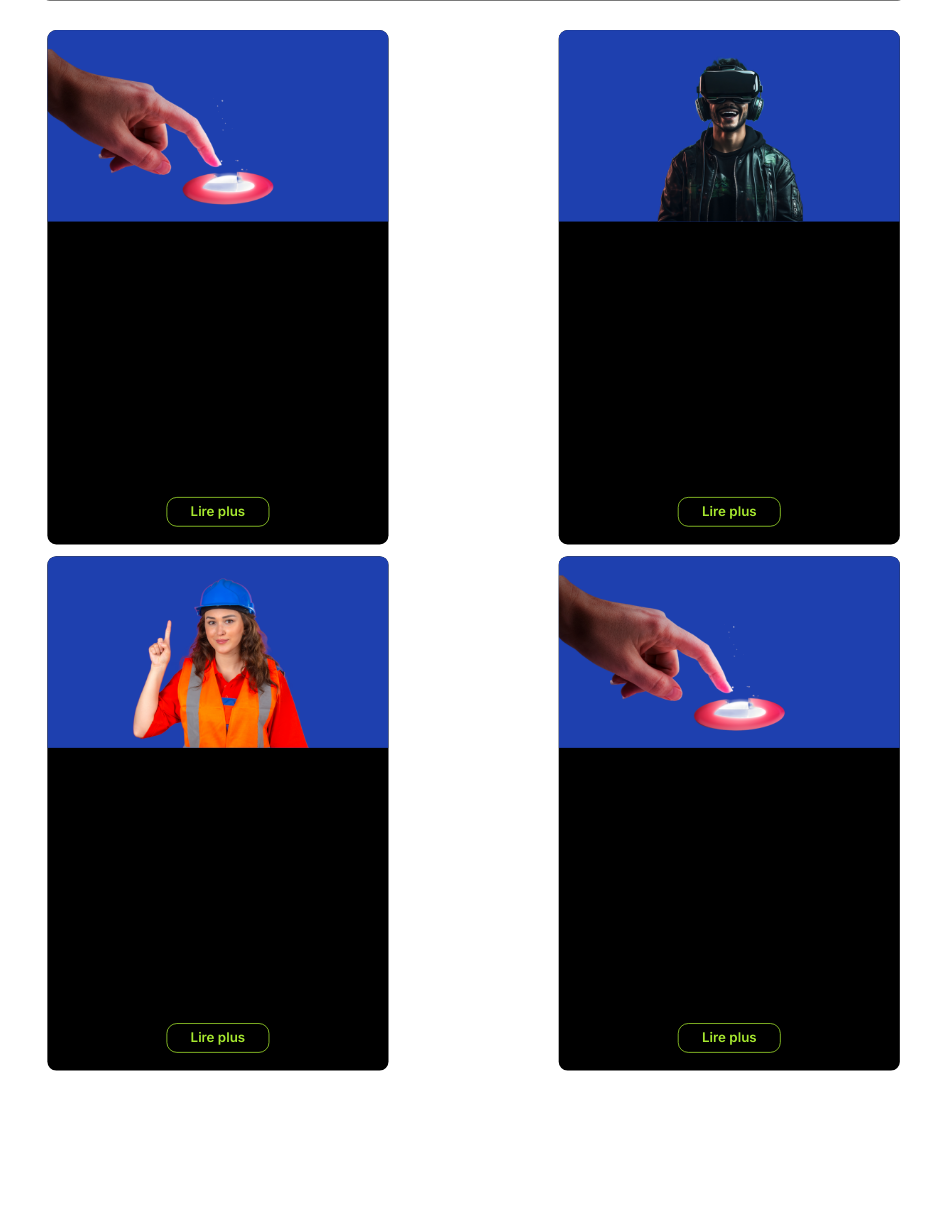
Repository: NassimeElkamari/test
Page: /blogs
An editor plug-in stored every save of this project. The page is shown before and after a run of saves, followed by the edit.
The browser window is 1280 px wide. The pictures show the part of the page from y = 652 to 2298 px (the page is 2298 px tall), at 74% of full size.
The project was rebuilt for these pictures with package versions that can differ from the ones it lists, and the page was loaded fresh each time. The framework's server and built-in components were replaced by stand-ins that run in the browser. Also part of the build but not shown: next.config.mjs.

Above is the page before, as saved 2024-06-12 15:37:03.

### src/app/blogs/page.tsx
import Image from 'next/image';
import React from 'react';
import { MdDateRange } from "react-icons/md";
import BlogCard from '../../components/BlogCard';
import { cardData } from '../../data/cardData';


const Blog = () => {
  return (
    <div className='bg-white'>
      <div className='flex justify-center'>
        <h1 className="text-4xl font-bold text-center">Blog</h1>
      </div>
      <div className="relative w-[92vw] h-[85vh] mx-auto  overflow-hidden bg-black  pt-5 pl-8 flex flex-col justify-start rounded-2xl">
        <Image
          src="/bgImage.jpg"
          layout="fill"
          objectFit="cover"
          objectPosition="top"
          quality={100}
          alt="Background Image"
          className="opacity-30 bg-black"
        />
        <div className="absolute inset-0 flex flex-col justify-center text-white mt-[6%] p-4 pl-8">
          <h1 className="text-[52px] font-semibold mb-4">
          Ouvrez les portes de la connaissance <br /> avec nos Blogs stimulants
          </h1>
          <p className="text-[17px] mb-8">
          Découvrez les dernières actualités de 2peerfect dans une multitude de domaines passionnants. <br />Plongez-vous dans nos articles pour rester à jour sur les tendances les plus récentes en technologie, <br /> santé mentale, Design, Business, et bien plus encore. Avec une expertise diversifiée et des perspectives variées,<br /> 2peerfect vous offre un aperçu complet et captivant des développements les plus récents à travers différents secteurs.<br /> Ne manquez rien de ce qui se passe dans le monde, suivez 2peerfect pour rester informé et inspiré.
          </p>
          <div className="flex flex-wrap justify-between space-x-4 w-[80%]">
            <div className="bg-transparent rounded-lg shadow-md w-[15%] h-10 mb-4 border border-[#A7E92F] flex items-center justify-center">
              <h2 className="text-lg font-semibold text-center">Marketing</h2>
            </div>
            <div className="bg-transparent rounded-lg shadow-md w-[15%] h-10 mb-4 border border-[#A7E92F] flex items-center justify-center">
              <h2 className="text-lg font-semibold text-center">Design</h2>
            </div>
            <div className="bg-transparent rounded-lg shadow-md w-[15%] h-10 mb-4 border border-[#A7E92F] flex items-center justify-center">
              <h2 className="text-lg font-semibold text-center">Business</h2>
            </div>
            <div className="bg-transparent rounded-lg shadow-md w-[15%] h-10 mb-4 border border-[#A7E92F] flex items-center justify-center">
              <h2 className="text-lg font-semibold text-center">IT</h2>
            </div>
            <div className="bg-transparent rounded-lg shadow-md w-[15%] text-center h-10 mb-4 border border-[#A7E92F] flex items-center justify-center">
              <h2 className="text-lg font-semibold">Psychologie</h2>
            </div>


            {/* Add more cards as needed */}
          </div>
        </div>
      </div>
      <div className='second-section w-[90vw] mx-auto mt-10 flex justify-center'>
  <div className="flex flex-wrap gap-4 justify-between ">
  {cardData.map((card) => (
              <BlogCard
                imageSrc={card.imageSrc}
                title={card.title}
                description={card.description}
                date={card.date}
              />
          ))}
  </div>
</div>






        <div className='h-[30vh]'>

        </div>

    </div>
  );
};

export default Blog;

### src/components/BlogCard.tsx
import Image from 'next/image'
import React from 'react'
import { MdDateRange } from "react-icons/md";


const BlogCard = ({ imageSrc, title, description, date , color}) => {
  return (
    <div className='w-[40%] h-[50%] bg-black rounded-xl flex flex-col'>
    <div className="w-[100%] h-2/5 relative">
        <Image
        src={imageSrc}
        layout='responsive'
        height={100}
        width={100}
        alt="Card Image"
        className="w-full h-full rounded-t-xl bg-blue-800"
        />
    </div>
    <div className="pt-14 flex justify-center items-center flex-col px-5">
        <h1 className="text-[32px] font-semibold">{title}</h1>
        <p className="text-md mt-5">{description}</p>
    </div>
    <div className="flex items-center justify-end mt-10 mr-2">
        <MdDateRange width={70} height={70} className='mr-4'/>
        <p className="mr-2">{date}</p>
    </div>
    <div className="flex justify-center mt-8 mb-6"> {/* Added justify-center class */}
        <button className="bg-black rounded-[14px] shadow-md w-[30%] text-center h-10 border border-[#A7E92F] flex items-center justify-center">
        <h2 className="text-lg font-semibold text-[#A7E92F]">Lire plus</h2> {/* Added text-white class */}
        </button>
    </div>
    </div>
  )
}

export default BlogCard

### src/data/cardData.js
export const cardData = [
    {
      id: 1,
      imageSrc: "/card11.png",
      title: "L'impact des médias sociaux sur la santé mental",
      description: "Discuter de la façon dont les likes, les commentaires et les partages peuvent devenir une mesure de notre valeur personnelle, et comment cela peut affecter notre estime de soi et notre bien-être émotionnel...",
      date: "11 Décembre 2023"
    },
    {
      id: 2,
      imageSrc: "/card22.png",
      title: "22222L'impact des médias sociaux sur la santé mental",
      description: "Discuter de la façon dont les likes, les commentaires et les partages peuvent devenir une mesure de notre valeur personnelle, et comment cela peut affecter notre estime de soi et notre bien-être émotionnel...",
      date: "11 Décembre 2023"
    },
    {
      id: 3,
      imageSrc: "/card33.png",
      title: "33333L'impact des médias sociaux sur la santé mental",
      description: "Discuter de la façon dont les likes, les commentaires et les partages peuvent devenir une mesure de notre valeur personnelle, et comment cela peut affecter notre estime de soi et notre bien-être émotionnel...",
      date: "11 Décembre 2023"
    },
    {
      id: 4,
      imageSrc: "/card11.png",
      title: "44444 des médias sociaux sur la santé mental",
      description: "Discuter de la façon dont les likes, les commentaires et les partages peuvent devenir une mesure de notre valeur personnelle, et comment cela peut affecter notre estime de soi et notre bien-être émotionnel...",
      date: "11 Décembre 2023"
    },
  ];

Loaded but not shown: src/app/layout.tsx (common file); src/app/globals.css (common file); tailwind.config.ts (common file)

After the next 3 saves:
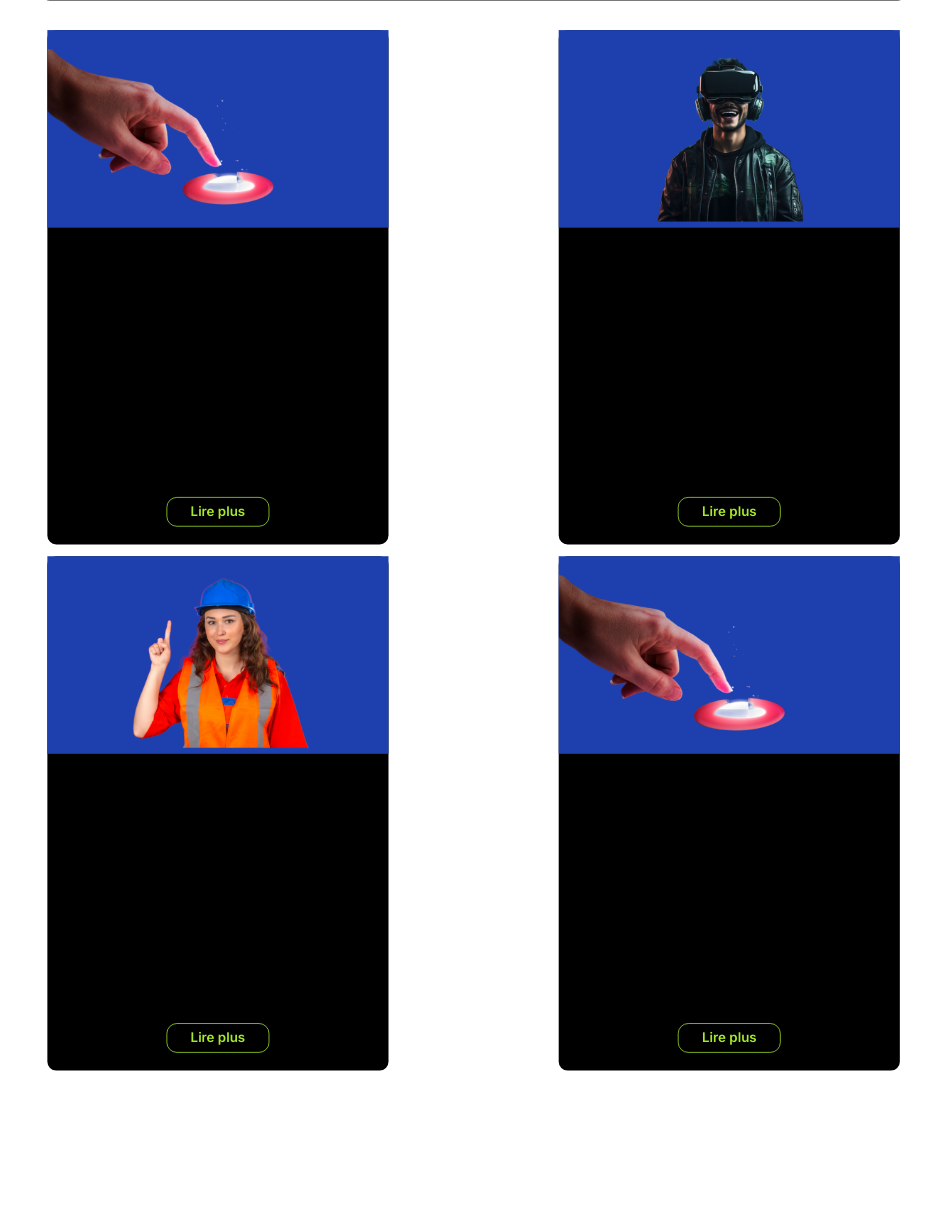
The 3 saves are shown as one change because they came seconds apart.
The last was saved 76 s later.
--- a/src/components/BlogCard.tsx
+++ b/src/components/BlogCard.tsx
@@ -3,17 +3,17 @@
 import { MdDateRange } from "react-icons/md";
 
 
-const BlogCard = ({ imageSrc, title, description, date , color}) => {
+const BlogCard = ({ imageSrc, title, description, date }) => {
   return (
     <div className='w-[40%] h-[50%] bg-black rounded-xl flex flex-col'>
-    <div className="w-[100%] h-2/5 relative">
+    <div className="w-[100%] h-2/5 relative bg-blue-800">
         <Image
         src={imageSrc}
         layout='responsive'
         height={100}
         width={100}
         alt="Card Image"
-        className="w-full h-full rounded-t-xl bg-blue-800"
+        className="w-full h-full rounded-t-xl "
         />
     </div>
     <div className="pt-14 flex justify-center items-center flex-col px-5">

After the 2 saves that followed:
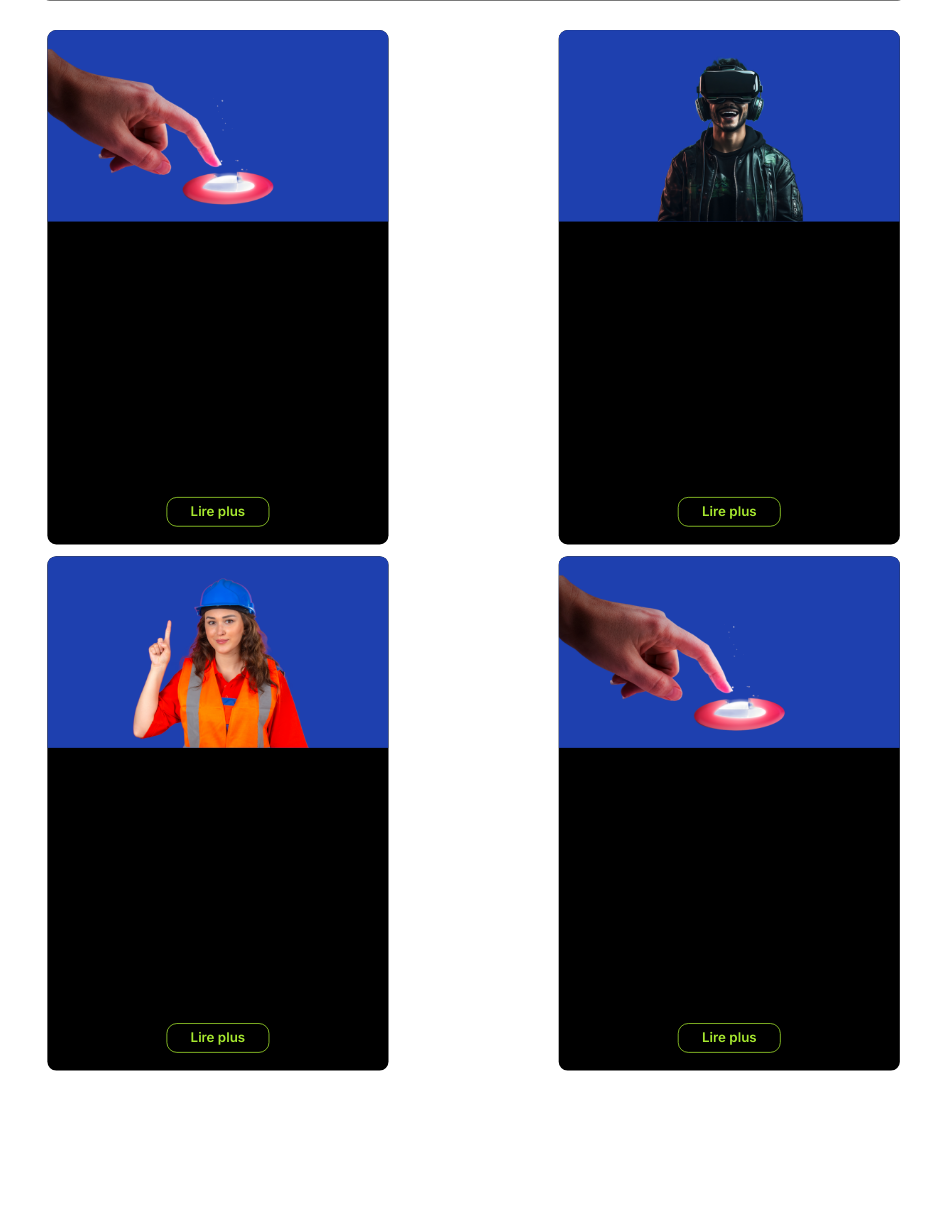
The 2 saves are shown as one change because they came seconds apart.
The last was saved 26 s later.
--- a/src/components/BlogCard.tsx
+++ b/src/components/BlogCard.tsx
@@ -3,17 +3,17 @@
 import { MdDateRange } from "react-icons/md";
 
 
-const BlogCard = ({ imageSrc, title, description, date }) => {
+const BlogCard = ({ imageSrc, title, description, date , color}) => {
   return (
     <div className='w-[40%] h-[50%] bg-black rounded-xl flex flex-col'>
-    <div className="w-[100%] h-2/5 relative bg-blue-800">
+    <div className="w-[100%] h-2/5 relative">
         <Image
         src={imageSrc}
         layout='responsive'
         height={100}
         width={100}
         alt="Card Image"
-        className="w-full h-full rounded-t-xl "
+        className="w-full h-full rounded-t-xl bg-blue-800"
         />
     </div>
     <div className="pt-14 flex justify-center items-center flex-col px-5">
